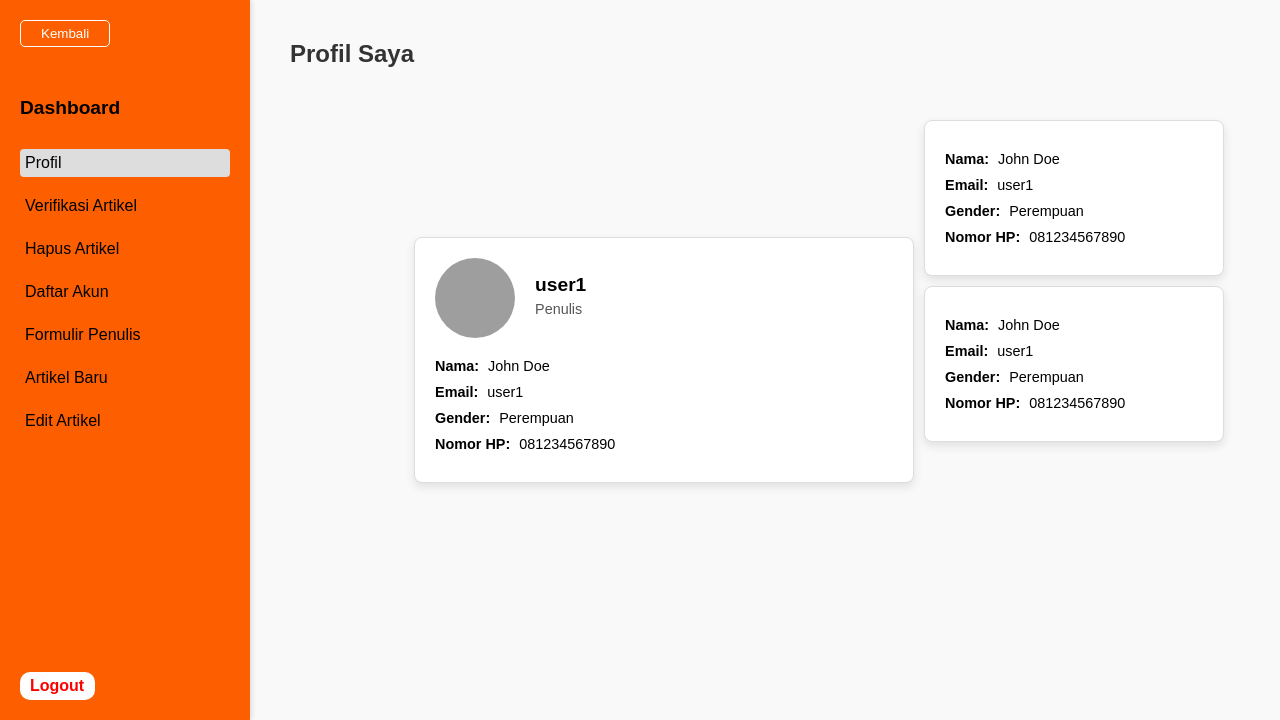
Repository: novalArd/Website_Berita_360News
Page: http://localhost/tes/Profile.php
These files come from the project's save history. The page is drawn as it stood at one moment and after the next save; the edit follows.
The browser window is 1280 px wide. The pictures show the whole page.
Pictures or frames that could not be fetched are drawn as grey boxes. The page is run by PHP 8.4 with error messages shown; the project is at /var/www/html/. The session is filled in as if someone had signed in: {"user_id": 1, "username": "user1", "role": "admin", "nama_lengkap": "John Doe", "jenis_kelamin": "", "nomor_hp": "081234567890"}. Other server files are loaded and not shown. The database holds what the project's SQL file puts in it.

Above is the page before, as saved 2024-12-16 23:45:39.

### tes/Profile.php
<?php
session_start();
if (!isset($_SESSION['user_id'])) {
    header('Location: ../pagelogin.html'); // Redirect jika belum login
    exit;
}

require '../database.php'; // Jalur diperbarui untuk mengakses database.php dari folder tes

// Ambil data pengguna dari database berdasarkan sesi
$stmt = $conn->prepare("SELECT * FROM users WHERE id = :id");
$stmt->execute(['id' => $_SESSION['user_id']]);
$user = $stmt->fetch(PDO::FETCH_ASSOC);

if (!$user) {
    echo "Pengguna tidak ditemukan.";
    exit;
}
?>

<!DOCTYPE html>
<html lang="id">
<head>
  <meta charset="UTF-8">
  <meta name="viewport" content="width=device-width, initial-scale=1.0">
  <title>Profil Saya</title>
  <link rel="stylesheet" href="profile.css?v=1.0">
</head>
<body>
  <div class="container">
    <!-- Sidebar -->
    <aside class="sidebar">
      <div class="kembali-btn">
        <button>Kembali</button>
      </div>
    <h3>Dashboard</h3>
      <ul>
        <?php if ($_SESSION['role'] === 'admin'): ?>
        <!-- Menu untuk admin -->
        <li><a id="profil" href="admin.php">Profil</a></li>
        <li><a id="verifikasiArtikel" href="verifikasi.php">Verifikasi Artikel</a></li>
        <li><a id="hapusArtikel" href="hapus_artikel.php">Hapus Artikel</a></li>
        <li><a id="daftarAkun" href="daftar_akun.php">Daftar Akun</a></li>
        <li><a id="formulirPenulis" href="form_penulis.php">Formulir Penulis</a></li>
        <li><a id="artikelBaru" href="artikel_baru.php">Artikel Baru</a></li>
        <li><a id="editArtikel" href="edit_artikel.php">Edit Artikel</a></li>
        <?php elseif ($_SESSION['role'] === 'penulis'): ?>
        <!-- Menu untuk penulis -->
        <li><a id="profil" href="Profile.php">Profile</a></li>
        <li><a id="tambahArtikel" href="Tambah.php">Tambah Artikel</a></li>
        <li><a id="editArtikel" href="edit_artikel.php">Edit Artikel</a></li>
        <li><a id="artikelSaya" href="artikel_saya.php">Artikel Saya</a></li>
        <li><a id="hapusArtikel" href="hapus_artikel.php">Hapus Artikel</a></li>
        <?php endif; ?>
      </ul>
    <a href="../logout.php" class="logout">Logout</a>
  </aside>

    <!-- Main Content -->
    <main class="main-content">
      <h2>Profil Saya</h2>
      <div class="profile-card" id="profil-nama">
        <div class="profile-header">
          <img src="profile-pic.jpg" alt="Foto Profil" class="profile-img">
          <div>
            <h3><?php echo htmlspecialchars($user['username']); ?></h3>
            <p>Penulis</p>
          </div>
        </div>
        <div class="profile-details">
          <p><strong>Nama:</strong> <?php echo htmlspecialchars($user['nama_lengkap']); ?></p>
          <p><strong>Email:</strong> <?php echo htmlspecialchars($user['username']); ?></p>
          <p><strong>Gender:</strong> <?php echo $user['jenis_kelamin'] == 'L' ? 'Laki-laki' : 'Perempuan'; ?></p>
          <p><strong>Nomor HP:</strong> <?php echo htmlspecialchars($user['nomor_hp']); ?></p>
        </div>
      </div>
      <div class="profile-2">
      <div class="profile-card">
        <div class="profile-details">
          <p><strong>Nama:</strong> <?php echo htmlspecialchars($user['nama_lengkap']); ?></p>
          <p><strong>Email:</strong> <?php echo htmlspecialchars($user['username']); ?></p>
          <p><strong>Gender:</strong> <?php echo $user['jenis_kelamin'] == 'L' ? 'Laki-laki' : 'Perempuan'; ?></p>
          <p><strong>Nomor HP:</strong> <?php echo htmlspecialchars($user['nomor_hp']); ?></p>
        </div>
      </div>
      <div class="profile-card">
        <div class="profile-details">
          <p><strong>Nama:</strong> <?php echo htmlspecialchars($user['nama_lengkap']); ?></p>
          <p><strong>Email:</strong> <?php echo htmlspecialchars($user['username']); ?></p>
          <p><strong>Gender:</strong> <?php echo $user['jenis_kelamin'] == 'L' ? 'Laki-laki' : 'Perempuan'; ?></p>
          <p><strong>Nomor HP:</strong> <?php echo htmlspecialchars($user['nomor_hp']); ?></p>
        </div>
      </div>
      </div>
    </main>
  </div>
</body>
</html>

### database.php
<?php
$host = 'localhost';
$dbname = 'news_management';
$username = 'root'; // Sesuaikan dengan username database Anda
$password = ''; // Sesuaikan dengan password database Anda

try {
    // Membuat koneksi ke database menggunakan PDO
    $conn = new PDO("mysql:host=$host;dbname=$dbname", $username, $password);
    $conn->setAttribute(PDO::ATTR_ERRMODE, PDO::ERRMODE_EXCEPTION);
} catch (PDOException $e) {
    // Menampilkan pesan jika koneksi gagal
    echo "Connection failed: " . $e->getMessage();
    die();
}

// Fungsi untuk memeriksa keberadaan pengguna dalam database tanpa hashing password
function checkUser($username, $password) {
    global $conn;
    $stmt = $conn->prepare("SELECT * FROM users WHERE username = :username AND password = :password"); // Query SQL untuk mencari username dan password
    $stmt->execute(['username' => $username, 'password' => $password]);
    $user = $stmt->fetch(PDO::FETCH_ASSOC);

    return $user ? $user : false; // Mengembalikan data pengguna jika ditemukan, false jika tidak
}
?>

### tes/profile.css
/* Reset CSS */
* {
  margin: 0;
  padding: 0;
  box-sizing: border-box;
}
/* General Styles */
body {
  margin: 0;
  font-family: Arial, sans-serif;
  background-color: #f9f9f9;
  display: flex;
}

.container {
  display: flex;
  width: 100%;
  height: 100vh;
}

/* Sidebar */
.sidebar {
  background-color: #FD5F00;
  width: 250px;
  padding: 20px;
  display: flex;
  flex-direction: column;
  box-shadow: 2px 0 5px rgba(0, 0, 0, 0.1);
}

.sidebar .kembali-btn button {
  padding: 5px 20px;
  border: 1px solid white;
  color: white;
  background-color: #FD5F00;
  border-radius: 5px;
  transition: all 0.2s ease-in-out;
}

.sidebar .kembali-btn button:hover {
  color: black;
  background-color: white;
  border: 1px solid white;
  cursor: pointer;
}

.sidebar h3 {
  font-size: 1.2em;
  margin-bottom: 30px;
  margin-top: 50px;
}

.sidebar ul {
  list-style: none;
  padding: 0;
  margin: 0;
}

.sidebar ul li {
  margin-bottom: 15px;
}

.sidebar ul li a {
  text-decoration: none;
  color: black;
  font-size: 1em;
  padding: 5px;
  display: block;
  transition: background-color 0.3s ease;
}

.sidebar ul li #profil {
  background-color: #ddd;
  border-radius: 4px;
}

.sidebar ul li a:hover {
  background-color: #ddd;
  border-radius: 4px;
}

.logout {
  width: 75px;
  margin-top: auto;
  color: red;
  background-color: white;
  font-weight: bold;
  text-decoration: none;
  padding: 5px 10px;
  display: inline-block;
  border-radius: 10px;
}

.logout:hover {
  background-color: #fdd;
  border-radius: 10px;
}

/* Main Content */
.main-content {
  display: flex;
  padding: 40px;
}

.main-content h2 {
  margin-bottom: 20px;
  font-size: 1.5em;
  color: #333;
  text-align: center;
  margin-bottom: 20px;
}

/* Profile Card */
.profile-card {
  background-color: #fff;
  border: 1px solid #ddd;
  border-radius: 8px;
  box-shadow: 0 4px 10px rgba(0, 0, 0, 0.1);
  padding: 20px;
  max-width: 600px;
  width: 500px;
  margin: auto;
}

.profile-card #profil-nama {
  height: 500px;
}

.profile-2 {
  margin-top: 70px;
}

.profile-2 .profile-card {
  margin: 10px;
  width: 300px;
}

.profile-header {
  display: flex;
  align-items: center;
  margin-bottom: 20px;
}

.profile-img {
  width: 80px;
  height: 80px;
  border-radius: 50%;
  margin-right: 20px;
}

.profile-header h3 {
  margin: 0;
  font-size: 1.2em;
}

.profile-header p {
  margin: 5px 0;
  color: #555;
  font-size: 0.9em;
}

.profile-details p {
  margin: 10px 0;
  font-size: 0.9em;
}

.profile-details p strong {
  font-weight: bold;
  margin-right: 5px;
}

.article-form {
  background-color: #fff;
  padding: 20px;
  border-radius: 8px;
  box-shadow: 0 4px 10px rgba(0, 0, 0, 0.1);
  max-width: 600px;
  margin: auto;
}

.form-group {
  margin-bottom: 20px;
}

.form-group label {
  display: block;
  margin-bottom: 8px;
  font-weight: bold;
}

.form-group input,
.form-group textarea,
.form-group select {
  width: 100%;
  padding: 10px;
  font-size: 1em;
  border: 1px solid #ddd;
  border-radius: 4px;
  box-sizing: border-box;
}

textarea {
  resize: none;
}

.btn-submit {
  background-color: #4CAF50;
  color: #fff;
  border: none;
  padding: 10px 20px;
  font-size: 1em;
  border-radius: 4px;
  cursor: pointer;
  transition: background-color 0.3s ease;
}

.btn-submit:hover {
  background-color: #45a049;
}

.form-group select {
  width: 100%;
  padding: 10px;
  font-size: 1em;
  border: 1px solid #ddd;
  border-radius: 4px;
  box-sizing: border-box;
  margin-bottom: 10px;
}

### news_management.sql (the tables this page reads)
CREATE TABLE `users` (
  `id` int(11) NOT NULL,
  `username` varchar(255) NOT NULL,
  `password` varchar(255) NOT NULL,
  `role` enum('admin','penulis','pengguna') DEFAULT 'pengguna',
  `nama_lengkap` varchar(255) NOT NULL,
  `jenis_kelamin` enum('L','P') NOT NULL,
  `nomor_hp` varchar(15) NOT NULL,
  `email` varchar(100) DEFAULT NULL,
  `created_at` datetime NOT NULL DEFAULT current_timestamp()
) ENGINE=InnoDB DEFAULT CHARSET=utf8mb4 COLLATE=utf8mb4_general_ci;

INSERT INTO `users` (`id`, `username`, `password`, `role`, `nama_lengkap`, `jenis_kelamin`, `nomor_hp`, `email`, `created_at`) VALUES
(1, 'user1', 'password123', 'admin', 'John Doe', '', '081234567890', NULL, '2024-12-13 14:24:59'),
(2, 'user2', 'mypassword', 'admin', 'Jane Doe', '', '082345678901', NULL, '2024-12-13 14:24:59'),
(3, 'user3', 'alexpass', 'admin', 'Alex Smith', '', '083456789012', NULL, '2024-12-13 14:24:59'),
(4, 'admin01', 'password123', 'admin', 'Admin Satu', 'L', '081234567890', 'admin01@example.com', '2024-12-13 14:26:12'),
(5, 'Alex', 'password123', 'penulis', 'Alex Hunter', 'L', '082345678901', 'penulis01@example.com', '2024-12-13 14:26:12'),
(6, 'Edho', 'password123', 'penulis', 'Penulis Dua', 'L', '083456789012', 'penulis02@example.com', '2024-12-13 14:26:12'),
(7, 'EdhoGanteng', '1234', 'pengguna', 'Agustino Edward', 'L', '082123234331', 'edho@gmail.com', '2024-12-24 04:21:20'),
(8, 'Ferry', '1234', 'pengguna', 'Josua', 'L', '', 'sted.se@anup1.com', '2024-12-31 01:01:48');

ALTER TABLE `users`
  ADD PRIMARY KEY (`id`),
  ADD UNIQUE KEY `username` (`username`),
  ADD UNIQUE KEY `email` (`email`);

ALTER TABLE `users`
  MODIFY `id` int(11) NOT NULL AUTO_INCREMENT, AUTO_INCREMENT=9;

After the next save:
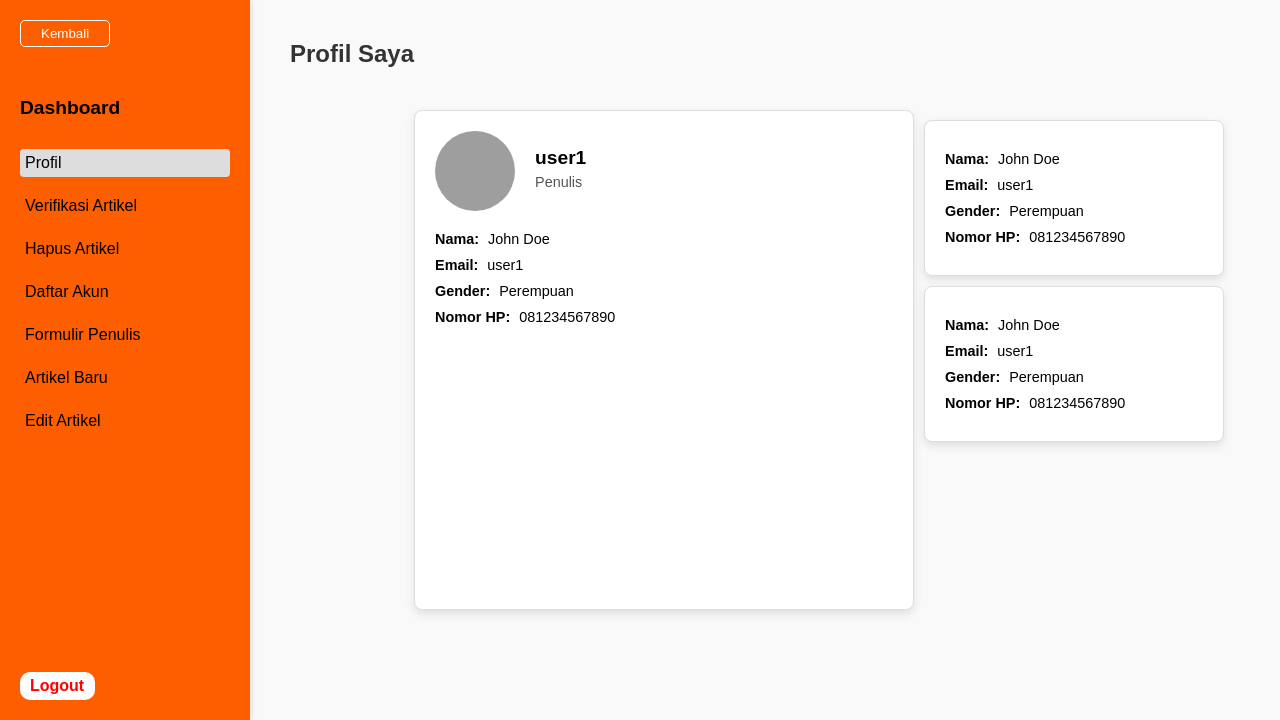
Saved 12 s later.
--- a/tes/profile.css
+++ b/tes/profile.css
@@ -122,7 +122,7 @@ body {
   margin: auto;
 }
 
-.profile-card #profil-nama {
+.container #profil-nama {
   height: 500px;
 }
 
